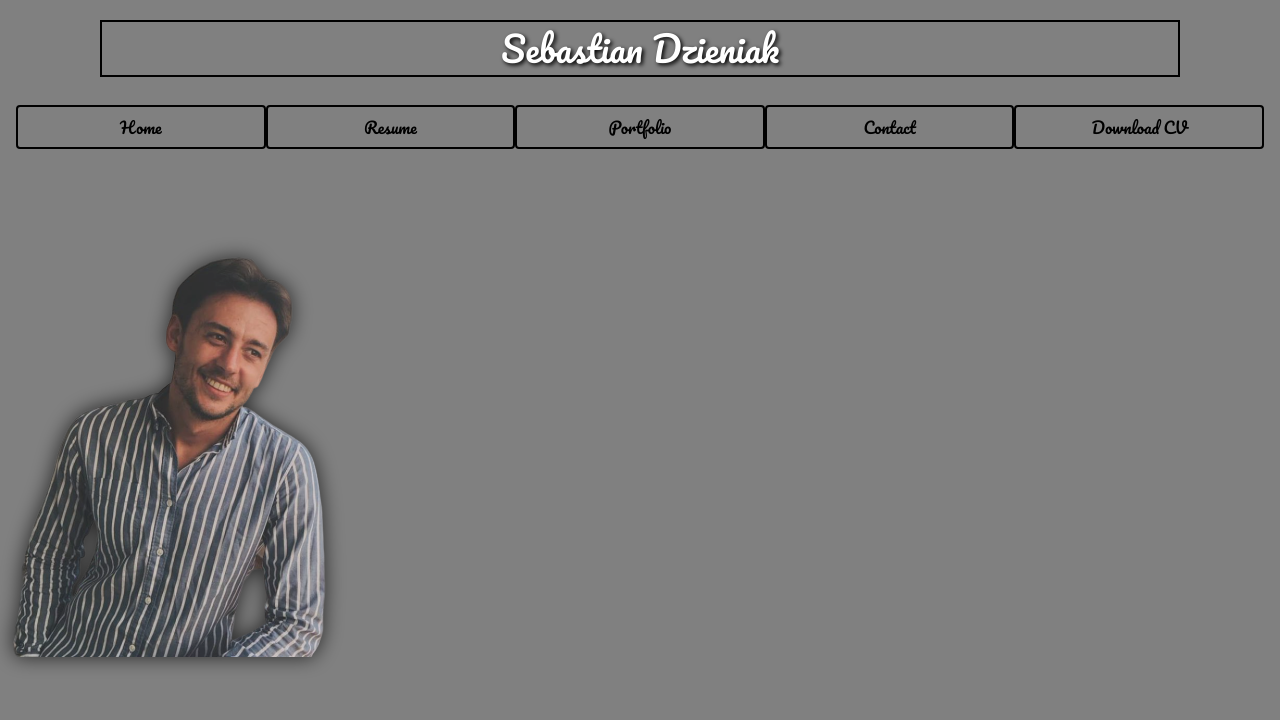
Repository: Code-Institute-Submissions/sebson1990-portfolio.sebastian
Page: index.html
The author's editor kept a record of every edit. The page is drawn from the files as they stood at one moment, then again after the next edit.
The browser window is 1280 px wide. The pictures show the whole page.

Above is the page before.

### index.html
<!DOCTYPE html>
<html lang="en">

<head>
    <meta charset="UTF-8">
    <meta name="viewport" content="width=device-width, initial-scale=1.0">
    <meta http-equiv="X-UA-Compatible" content="ie=edge">
    <title>Portfolio Sebastian Dzieniak</title>
    <link rel="stylesheet" href="https://stackpath.bootstrapcdn.com/bootstrap/4.3.1/css/bootstrap.min.css" type="text/css">
    <link rel="stylesheet" href="css/style.css" type="text/css" />
    <link href="https://fonts.googleapis.com/css?family=Pacifico&display=swap" rel="stylesheet">
</head>

<body>
    <header>

        <div class="logo">Sebastian Dzieniak</div>

        <ul class="nav nav-pills nav-justified navbar">
            <li class="nav-item nav-blocks menu-blocks">
                <a class="nav-link menu-item" href="#">Home</a>
            </li>
            <li class="nav-item nav-blocks menu-blocks">
                <a class="nav-link menu-item" href="#">Resume</a>
            </li>
            <li class="nav-item nav-blocks menu-blocks">
                <a class="nav-link menu-item" href="#">Portfolio</a>
            </li>
            <li class="nav-item nav-blocks menu-blocks">
                <a class="nav-link menu-item" href="#">Contact</a>
            </li>
            <li class="nav-item nav-blocks menu-blocks">
                <a class="nav-link menu-item" href="#">Download CV</a>
            </li>
        </ul>
    </header>
    <div>
        <img class="profilepic" src="assets/profile3.png" alt="profile picture">
    </div>

</body>

</html>

### css/style.css
/*----------------------------------------navbar*/

.logo {
    font-size: 35px;
    color: White;
    text-align: center;
    font-family: 'Pacifico', sans-serif;
    font-weight: 400;
    text-shadow: 2px 2px 4px #000000;
    margin-top: 20px;
    margin-bottom: 20px;
    margin-left: 100px;
    margin-right: 100px;
    padding-left: 300px;
    padding-right: 300px;
    border: 2px solid black;
}

.menu-item {
    color: black;
    font-family: 'Pacifico', sans-serif;
    font-weight: 400;
    color: #000000;
    border: 2px solid black;

}

.navbar {
    text-align: center;
}

/*-------------------------------------------body*/

body {
    background-color: grey;


}

.profilepic {
    opacity: 0.7;
    background-position: right 300px;
    background-repeat: no-repeat;
    filter: drop-shadow(0 0 10px #000);

}

After the next edit:
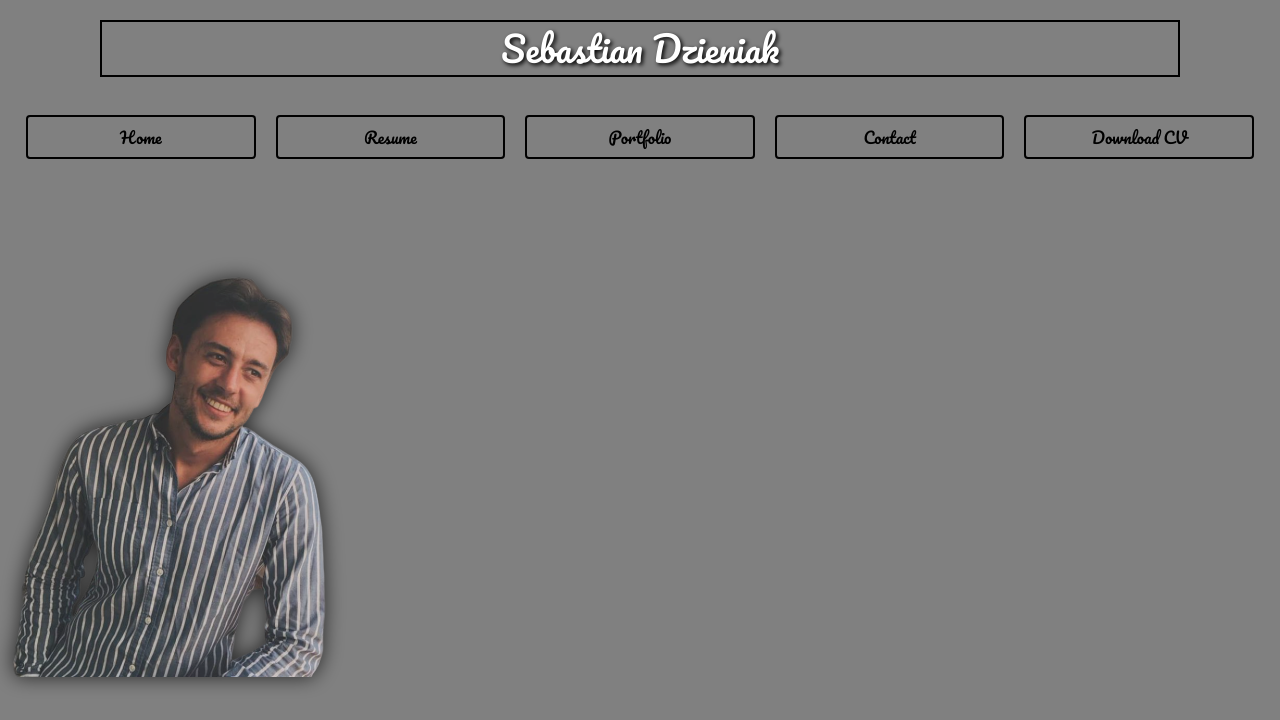
The edit:
--- a/css/style.css
+++ b/css/style.css
@@ -14,6 +14,10 @@
     padding-left: 300px;
     padding-right: 300px;
     border: 2px solid black;
+}
+
+.menu-blocks {
+    margin: 10px;
 }
 
 .menu-item {
